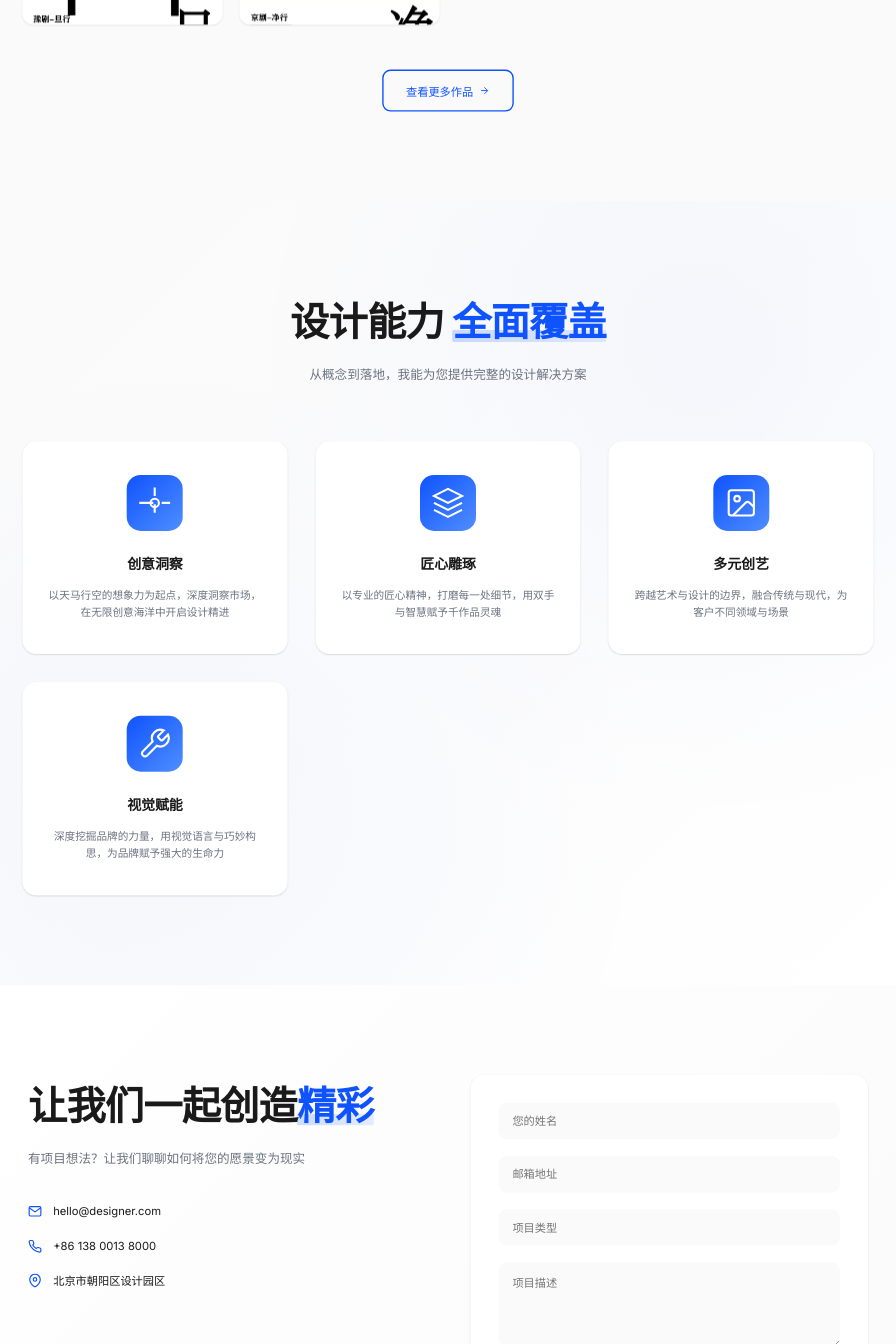
Repository: Nanzhexi/zhexi.github.io
Page: index.html
An editor plug-in stored every save of this project. The page is shown before and after the next save, followed by the edit.
The browser window is 1280 px wide. The pictures show the part of the page from y = 1958 to 3878 px (the page is 4558 px tall), at 70% of full size.

Above is the page before, as saved 2025-07-03 03:47:49.

### index.html
<!DOCTYPE html>
<html lang="zh-CN">
<head>
    <meta charset="UTF-8">
    <meta name="viewport" content="width=device-width, initial-scale=1.0">
    <title>个人设计师作品集</title>
    <link rel="stylesheet" href="./css/index.css">
    <link rel="preconnect" href="https://fonts.googleapis.com">
    <link rel="preconnect" href="https://fonts.gstatic.com" crossorigin>
    <link href="https://fonts.googleapis.com/css2?family=Inter:wght@300;400;500;600;700&display=swap" rel="stylesheet">
</head>

<body>
    <nav class="navbar">
        <div class="nav-brand">Studio</div>
        <div class="nav-links">
            <a href="#hero" class="nav-link active">首页</a>
            <a href="#portfolio" class="nav-link">作品</a>
            <a href="#services" class="nav-link">服务</a>
            <a href="#contact" class="nav-link">联系</a>
        </div>
    </nav>

    <main id="hero" class="hero">
        <div class="hero-content">
            <h1 class="hero-title">
                我是<span class="highlight">视觉设计师</span><br>
                创造有温度的设计
            </h1>
            <p class="hero-subtitle">
                专注品牌视觉、UI/UX设计与创意表达，用设计连接人与美好
            </p>
            <button class="cta-button" onclick="document.getElementById('portfolio').scrollIntoView({behavior: 'smooth'})">
                查看作品
                <svg width="16" height="16" viewBox="0 0 24 24" fill="none" stroke="currentColor" stroke-width="2">
                    <path d="M5 12h14M12 5l7 7-7 7"/>
                </svg>
            </button>
        </div>
    </main>

    <section id="portfolio" class="portfolio">
        <div class="portfolio-content">
            <h2 class="portfolio-title">我的作品</h2>
            <p class="portfolio-subtitle">每一个项目都承载着我对设计的理解与热爱</p>

            <div class="portfolio-grid">
                <div class="portfolio-item large">
                    <img src="./images/1.png" alt="设计作品1" loading="lazy">
                    <div class="portfolio-overlay">
                        <div class="portfolio-info">
                            <h3>品牌视觉设计</h3>
                            <p>创意海报设计</p>
                        </div>
                    </div>
                </div>

                <div class="portfolio-item">
                    <img src="./images/2.jpg" alt="设计作品2" loading="lazy">
                    <div class="portfolio-overlay">
                        <div class="portfolio-info">
                            <h3>产品包装</h3>
                            <p>时尚配饰设计</p>
                        </div>
                    </div>
                </div>

                <div class="portfolio-item">
                    <img src="./images/3.jpg" alt="设计作品3" loading="lazy">
                    <div class="portfolio-overlay">
                        <div class="portfolio-info">
                            <h3>陶瓷艺术</h3>
                            <p>传统工艺现代化</p>
                        </div>
                    </div>
                </div>

                <div class="portfolio-item">
                    <img src="./images/4.jpg" alt="设计作品4" loading="lazy">
                    <div class="portfolio-overlay">
                        <div class="portfolio-info">
                            <h3>品牌形象</h3>
                            <p>可爱IP设计</p>
                        </div>
                    </div>
                </div>

                <div class="portfolio-item">
                    <img src="./images/6.png" alt="设计作品5" loading="lazy">
                    <div class="portfolio-overlay">
                        <div class="portfolio-info">
                            <h3>空间设计</h3>
                            <p>商业空间规划</p>
                        </div>
                    </div>
                </div>

                <div class="portfolio-item">
                    <img src="./images/7.png" alt="设计作品6" loading="lazy">
                    <div class="portfolio-overlay">
                        <div class="portfolio-info">
                            <h3>餐饮品牌</h3>
                            <p>传统文化融合</p>
                        </div>
                    </div>
                </div>

                <div class="portfolio-item">
                    <img src="./images/8.png" alt="设计作品7" loading="lazy">
                    <div class="portfolio-overlay">
                        <div class="portfolio-info">
                            <h3>数字艺术</h3>
                            <p>创新视觉表达</p>
                        </div>
                    </div>
                </div>
            </div>

            <button class="portfolio-button">
                查看更多作品
                <svg width="16" height="16" viewBox="0 0 24 24" fill="none" stroke="currentColor" stroke-width="2">
                    <path d="M5 12h14M12 5l7 7-7 7"/>
                </svg>
            </button>
        </div>
    </section>

    <!-- Services Section -->
    <section id="services" class="services">
        <div class="services-content">
            <div class="services-header">
                <h2 class="services-title">设计能力 <span class="highlight">全面覆盖</span></h2>
                <p class="services-subtitle">从概念到落地，我能为您提供完整的设计解决方案</p>
            </div>

            <div class="services-grid">
                <div class="service-card">
                    <div class="service-icon">
                        <svg width="48" height="48" viewBox="0 0 24 24" fill="none" stroke="currentColor" stroke-width="1.5">
                            <circle cx="12" cy="12" r="3"/>
                            <path d="M12 1v6m0 6v6m11-7h-6m-6 0H1"/>
                        </svg>
                    </div>
                    <h3 class="service-title">创意洞察</h3>
                    <p class="service-description">以天马行空的想象力为起点，深度洞察市场，在无限创意海洋中开启设计精进</p>
                </div>

                <div class="service-card">
                    <div class="service-icon">
                        <svg width="48" height="48" viewBox="0 0 24 24" fill="none" stroke="currentColor" stroke-width="1.5">
                            <path d="M12 2L2 7l10 5 10-5-10-5z"/>
                            <path d="M2 17l10 5 10-5"/>
                            <path d="M2 12l10 5 10-5"/>
                        </svg>
                    </div>
                    <h3 class="service-title">匠心雕琢</h3>
                    <p class="service-description">以专业的匠心精神，打磨每一处细节，用双手与智慧赋予千作品灵魂</p>
                </div>

                <div class="service-card">
                    <div class="service-icon">
                        <svg width="48" height="48" viewBox="0 0 24 24" fill="none" stroke="currentColor" stroke-width="1.5">
                            <rect x="3" y="3" width="18" height="18" rx="2" ry="2"/>
                            <circle cx="9" cy="9" r="2"/>
                            <path d="M21 15l-3.086-3.086a2 2 0 0 0-2.828 0L6 21"/>
                        </svg>
                    </div>
                    <h3 class="service-title">多元创艺</h3>
                    <p class="service-description">跨越艺术与设计的边界，融合传统与现代，为客户不同领域与场景</p>
                </div>

                <div class="service-card">
                    <div class="service-icon">
                        <svg width="48" height="48" viewBox="0 0 24 24" fill="none" stroke="currentColor" stroke-width="1.5">
                            <path d="M14.7 6.3a1 1 0 0 0 0 1.4l1.6 1.6a1 1 0 0 0 1.4 0l3.77-3.77a6 6 0 0 1-7.94 7.94l-6.91 6.91a2.12 2.12 0 0 1-3-3l6.91-6.91a6 6 0 0 1 7.94-7.94l-3.76 3.76z"/>
                        </svg>
                    </div>
                    <h3 class="service-title">视觉赋能</h3>
                    <p class="service-description">深度挖掘品牌的力量，用视觉语言与巧妙构思，为品牌赋予强大的生命力</p>
                </div>
            </div>
        </div>
    </section>

    <!-- Contact Section -->
    <section id="contact" class="contact">
        <div class="contact-content">
            <div class="contact-text">
                <h2 class="contact-title">让我们一起创造<span class="highlight">精彩</span></h2>
                <p class="contact-subtitle">有项目想法？让我们聊聊如何将您的愿景变为现实</p>

                <div class="contact-info">
                    <div class="contact-item">
                        <svg width="20" height="20" viewBox="0 0 24 24" fill="none" stroke="currentColor" stroke-width="2">
                            <path d="M4 4h16c1.1 0 2 .9 2 2v12c0 1.1-.9 2-2 2H4c-1.1 0-2-.9-2-2V6c0-1.1.9-2 2-2z"/>
                            <polyline points="22,6 12,13 2,6"/>
                        </svg>
                        <span>hello@designer.com</span>
                    </div>

                    <div class="contact-item">
                        <svg width="20" height="20" viewBox="0 0 24 24" fill="none" stroke="currentColor" stroke-width="2">
                            <path d="M22 16.92v3a2 2 0 0 1-2.18 2 19.79 19.79 0 0 1-8.63-3.07 19.5 19.5 0 0 1-6-6 19.79 19.79 0 0 1-3.07-8.67A2 2 0 0 1 4.11 2h3a2 2 0 0 1 2 1.72 12.84 12.84 0 0 0 .7 2.81 2 2 0 0 1-.45 2.11L8.09 9.91a16 16 0 0 0 6 6l1.27-1.27a2 2 0 0 1 2.11-.45 12.84 12.84 0 0 0 2.81.7A2 2 0 0 1 22 16.92z"/>
                        </svg>
                        <span>+86 138 0013 8000</span>
                    </div>

                    <div class="contact-item">
                        <svg width="20" height="20" viewBox="0 0 24 24" fill="none" stroke="currentColor" stroke-width="2">
                            <path d="M21 10c0 7-9 13-9 13s-9-6-9-13a9 9 0 0 1 18 0z"/>
                            <circle cx="12" cy="10" r="3"/>
                        </svg>
                        <span>北京市朝阳区设计园区</span>
                    </div>
                </div>
            </div>

            <div class="contact-form">
                <form>
                    <div class="form-group">
                        <input type="text" placeholder="您的姓名" required>
                    </div>
                    <div class="form-group">
                        <input type="email" placeholder="邮箱地址" required>
                    </div>
                    <div class="form-group">
                        <input type="text" placeholder="项目类型">
                    </div>
                    <div class="form-group">
                        <textarea placeholder="项目描述" rows="4" required></textarea>
                    </div>
                    <button type="submit" class="submit-button">
                        发送消息
                        <svg width="16" height="16" viewBox="0 0 24 24" fill="none" stroke="currentColor" stroke-width="2">
                            <line x1="22" y1="2" x2="11" y2="13"/>
                            <polygon points="22,2 15,22 11,13 2,9 22,2"/>
                        </svg>
                    </button>
                </form>
            </div>
        </div>
    </section>

    <!-- Footer -->
    <footer class="footer">
        <div class="footer-content">
            <div class="footer-left">
                <div class="footer-brand">Designer</div>
                <p>专注于创造有意义的设计体验</p>
            </div>

            <div class="footer-links">
                <div class="footer-column">
                    <h4>服务</h4>
                    <a href="#">品牌设计</a>
                    <a href="#">产品设计</a>
                    <a href="#">空间设计</a>
                    <a href="#">数字艺术</a>
                </div>

                <div class="footer-column">
                    <h4>关于</h4>
                    <a href="#">设计理念</a>
                    <a href="#">团队介绍</a>
                    <a href="#">合作伙伴</a>
                    <a href="#">新闻动态</a>
                </div>

                <div class="footer-column">
                    <h4>联系</h4>
                    <a href="#">联系方式</a>
                    <a href="#">项目咨询</a>
                    <a href="#">加入我们</a>
                    <a href="#">意见反馈</a>
                </div>
            </div>
        </div>

        <div class="footer-bottom">
            <p>&copy; 2024 Designer. 保留所有权利</p>
            <div class="social-links">
                <a href="#" aria-label="微信">
                    <svg width="20" height="20" viewBox="0 0 24 24" fill="currentColor">
                        <path d="M8.5 12.5c0 .8-.7 1.5-1.5 1.5s-1.5-.7-1.5-1.5.7-1.5 1.5-1.5 1.5.7 1.5 1.5zm7-1.5c-.8 0-1.5.7-1.5 1.5s.7 1.5 1.5 1.5 1.5-.7 1.5-1.5-.7-1.5-1.5-1.5z"/>
                    </svg>
                </a>
                <a href="#" aria-label="微博">
                    <svg width="20" height="20" viewBox="0 0 24 24" fill="currentColor">
                        <path d="M12 2C6.48 2 2 6.48 2 12s4.48 10 10 10 10-4.48 10-10S17.52 2 12 2z"/>
                    </svg>
                </a>
                <a href="#" aria-label="邮箱">
                    <svg width="20" height="20" viewBox="0 0 24 24" fill="currentColor">
                        <path d="M20 4H4c-1.1 0-1.99.9-1.99 2L2 18c0 1.1.9 2 2 2h16c1.1 0 2-.9 2-2V6c0-1.1-.9-2-2-2zm0 4l-8 5-8-5V6l8 5 8-5v2z"/>
                    </svg>
                </a>
            </div>
        </div>
    </footer>

    <script>
        // 平滑滚动导航
        document.querySelectorAll('a[href^="#"]').forEach(anchor => {
            anchor.addEventListener('click', function (e) {
                e.preventDefault();
                const target = document.querySelector(this.getAttribute('href'));
                if (target) {
                    target.scrollIntoView({
                        behavior: 'smooth',
                        block: 'start'
                    });
                }
            });
        });

        // 导航栏滚动效果和活动状态
        window.addEventListener('scroll', () => {
            const navbar = document.querySelector('.navbar');
            const sections = document.querySelectorAll('section, main');
            const navLinks = document.querySelectorAll('.nav-link');

            // 导航栏背景效果
            if (window.scrollY > 50) {
                navbar.classList.add('scrolled');
            } else {
                navbar.classList.remove('scrolled');
            }

            // 活动状态
            let current = '';
            sections.forEach(section => {
                const sectionTop = section.offsetTop;
                const sectionHeight = section.clientHeight;
                if (scrollY >= (sectionTop - 200)) {
                    current = section.getAttribute('id');
                }
            });

            navLinks.forEach(link => {
                link.classList.remove('active');
                if (link.getAttribute('href') === `#${current}`) {
                    link.classList.add('active');
                }
            });
        });

        // 表单提交处理
        document.querySelector('form').addEventListener('submit', function(e) {
            e.preventDefault();

            // 获取表单数据
            const formData = new FormData(this);
            const name = this.querySelector('input[type="text"]').value;
            const email = this.querySelector('input[type="email"]').value;
            const project = this.querySelector('input[type="text"]:nth-of-type(2)').value;
            const message = this.querySelector('textarea').value;

            // 简单验证
            if (!name || !email || !message) {
                alert('请填写必填字段');
                return;
            }

            // 模拟发送成功
            alert('消息发送成功！我们会尽快回复您。');
            this.reset();
        });
    </script>
</body>
</html>

Loaded but not shown: css/index.css (1106 lines, source omitted)

After the next save:
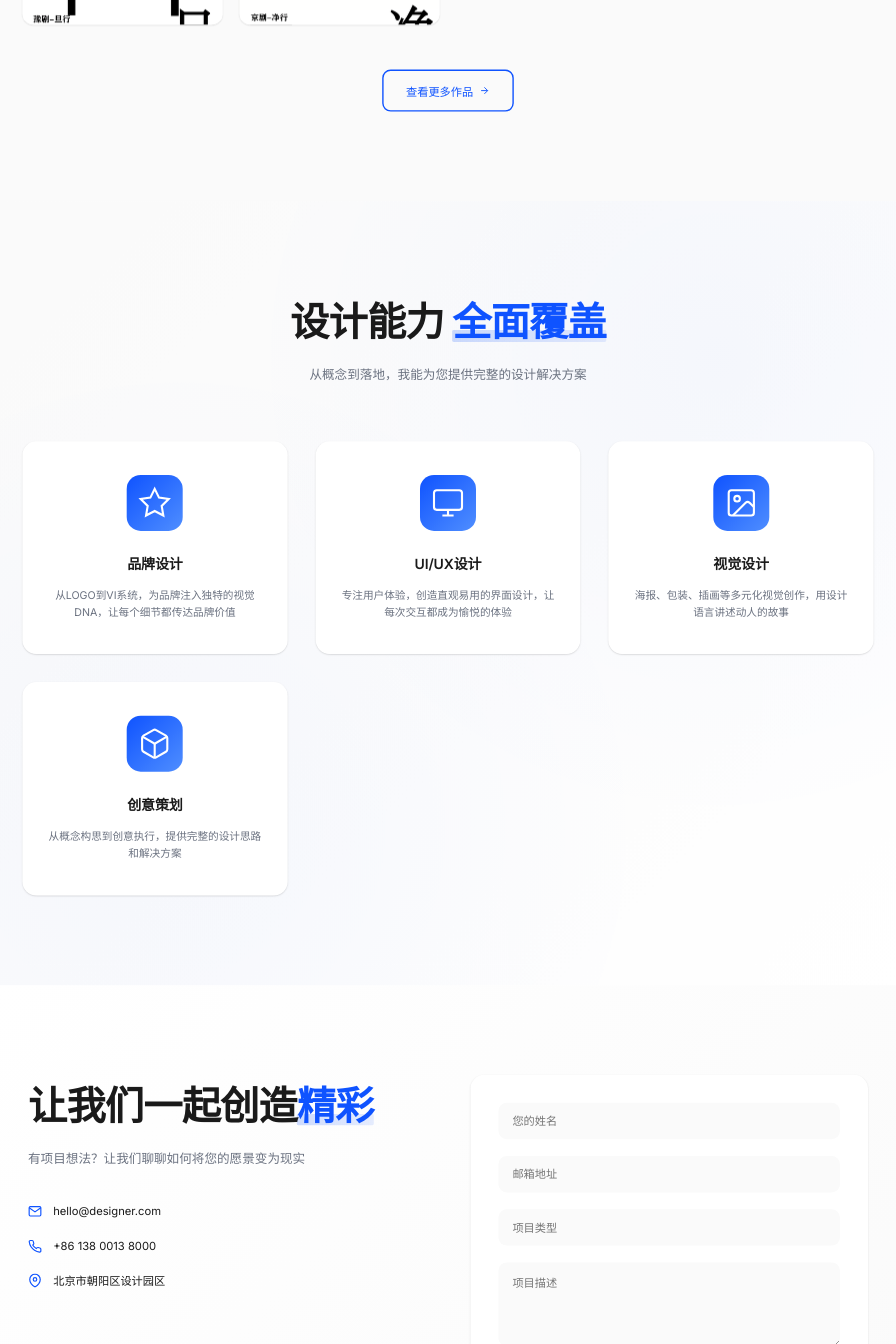
Saved 33 s later.
--- a/index.html
+++ b/index.html
@@ -137,24 +137,23 @@
                 <div class="service-card">
                     <div class="service-icon">
                         <svg width="48" height="48" viewBox="0 0 24 24" fill="none" stroke="currentColor" stroke-width="1.5">
-                            <circle cx="12" cy="12" r="3"/>
-                            <path d="M12 1v6m0 6v6m11-7h-6m-6 0H1"/>
-                        </svg>
-                    </div>
-                    <h3 class="service-title">创意洞察</h3>
-                    <p class="service-description">以天马行空的想象力为起点，深度洞察市场，在无限创意海洋中开启设计精进</p>
+                            <path d="M12 2l3.09 6.26L22 9.27l-5 4.87 1.18 6.88L12 17.77l-6.18 3.25L7 14.14 2 9.27l6.91-1.01L12 2z"/>
+                        </svg>
+                    </div>
+                    <h3 class="service-title">品牌设计</h3>
+                    <p class="service-description">从LOGO到VI系统，为品牌注入独特的视觉DNA，让每个细节都传达品牌价值</p>
                 </div>
 
                 <div class="service-card">
                     <div class="service-icon">
                         <svg width="48" height="48" viewBox="0 0 24 24" fill="none" stroke="currentColor" stroke-width="1.5">
-                            <path d="M12 2L2 7l10 5 10-5-10-5z"/>
-                            <path d="M2 17l10 5 10-5"/>
-                            <path d="M2 12l10 5 10-5"/>
-                        </svg>
-                    </div>
-                    <h3 class="service-title">匠心雕琢</h3>
-                    <p class="service-description">以专业的匠心精神，打磨每一处细节，用双手与智慧赋予千作品灵魂</p>
+                            <rect x="2" y="3" width="20" height="14" rx="2" ry="2"/>
+                            <line x1="8" y1="21" x2="16" y2="21"/>
+                            <line x1="12" y1="17" x2="12" y2="21"/>
+                        </svg>
+                    </div>
+                    <h3 class="service-title">UI/UX设计</h3>
+                    <p class="service-description">专注用户体验，创造直观易用的界面设计，让每次交互都成为愉悦的体验</p>
                 </div>
 
                 <div class="service-card">
@@ -165,18 +164,20 @@
                             <path d="M21 15l-3.086-3.086a2 2 0 0 0-2.828 0L6 21"/>
                         </svg>
                     </div>
-                    <h3 class="service-title">多元创艺</h3>
-                    <p class="service-description">跨越艺术与设计的边界，融合传统与现代，为客户不同领域与场景</p>
+                    <h3 class="service-title">视觉设计</h3>
+                    <p class="service-description">海报、包装、插画等多元化视觉创作，用设计语言讲述动人的故事</p>
                 </div>
 
                 <div class="service-card">
                     <div class="service-icon">
                         <svg width="48" height="48" viewBox="0 0 24 24" fill="none" stroke="currentColor" stroke-width="1.5">
-                            <path d="M14.7 6.3a1 1 0 0 0 0 1.4l1.6 1.6a1 1 0 0 0 1.4 0l3.77-3.77a6 6 0 0 1-7.94 7.94l-6.91 6.91a2.12 2.12 0 0 1-3-3l6.91-6.91a6 6 0 0 1 7.94-7.94l-3.76 3.76z"/>
-                        </svg>
-                    </div>
-                    <h3 class="service-title">视觉赋能</h3>
-                    <p class="service-description">深度挖掘品牌的力量，用视觉语言与巧妙构思，为品牌赋予强大的生命力</p>
+                            <path d="M21 16V8a2 2 0 0 0-1-1.73l-7-4a2 2 0 0 0-2 0l-7 4A2 2 0 0 0 3 8v8a2 2 0 0 0 1 1.73l7 4a2 2 0 0 0 2 0l7-4A2 2 0 0 0 21 16z"/>
+                            <polyline points="3.27,6.96 12,12.01 20.73,6.96"/>
+                            <line x1="12" y1="22.08" x2="12" y2="12"/>
+                        </svg>
+                    </div>
+                    <h3 class="service-title">创意策划</h3>
+                    <p class="service-description">从概念构思到创意执行，提供完整的设计思路和解决方案</p>
                 </div>
             </div>
         </div>
